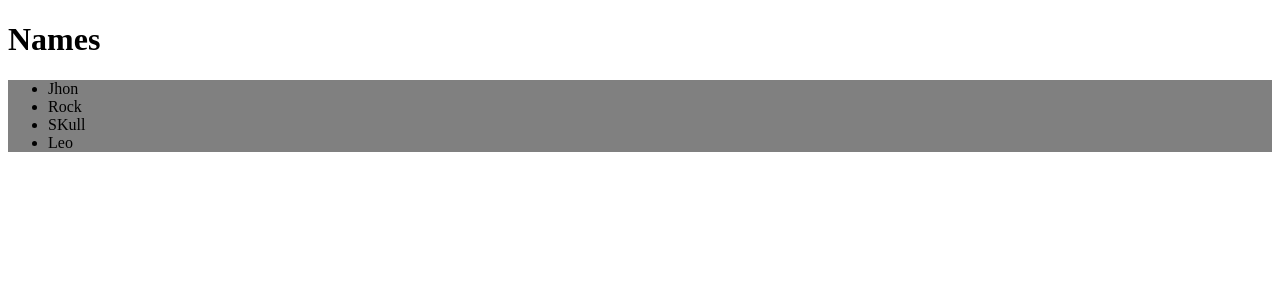
Repository: NithishKoriyar/phpprojectgh
Page: http://localhost/names.php
An editor plug-in stored every save of this project. The page is shown before and after a run of saves, followed by the edit.
The browser window is 1280 px wide. The pictures show the whole page.
The page is run by PHP 8.4 with error messages shown; the project is at /var/www/html/.

Above is the page before, as saved 2022-12-14 12:51:52.

### names.php
<?php
    $names = ['Jhon', 'Rock','SKull', 'Leo'];
?>
<!DOCTYPE html>
<html lang="en">
<head>
    <meta charset="UTF-8">
    <meta http-equiv="X-UA-Compatible" content="IE=edge">
    <meta name="viewport" content="width=device-width, initial-scale=1.0">
    <title>Document</title>
    <style>

        .more-names{
            background-color: grey;
        }
        .some-names{
            background-color: yellow;
        }


    </style>
</head>
<body class="">
    <h1>Names</h1>
    <ul class="<?= count($names) > 3 ? 'more-names' : 'some-names' ?>">
        <?php foreach($names as $name) { ?>

          <li><?= $name ?></li>
        <?php } ?>
    </ul>
    <?php
    if($name > 3){
        $class = "more-names";
        }
?>

</body>
</html>

After the next 9 saves:
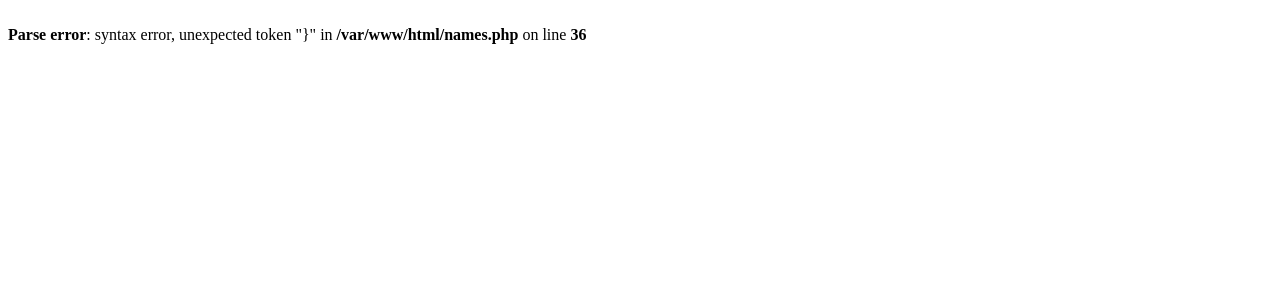
The 9 saves are shown as one change because they came seconds apart.
The last was saved 22 s later.
--- a/names.php
+++ b/names.php
@@ -31,6 +31,8 @@
     <?php
     if($name > 3){
         $class = "more-names";
+        }else{
+            $class ="some-name"
         }
 ?>
 
